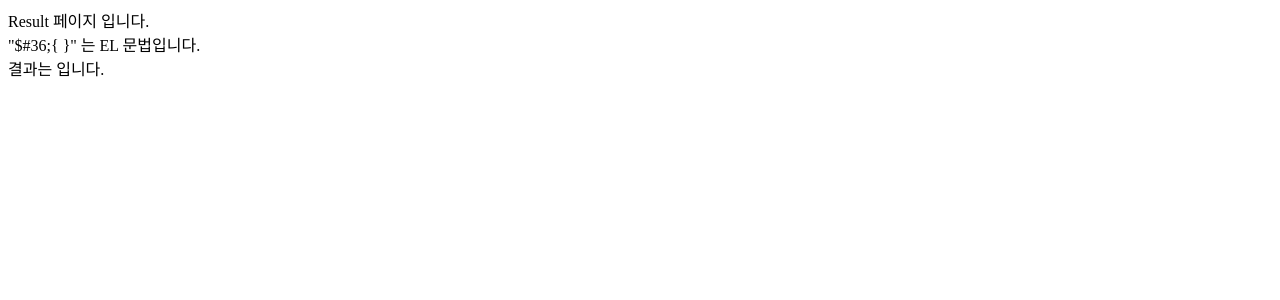
Repository: BaekJiGyeong/JSP
Page: http://localhost/AC_HelloServlet/list.jsp
These files come from the project's save history. The page is drawn as it stood at one moment and after the next save; the edit follows.
The browser window is 1280 px wide. The pictures show the whole page.
The page is served by Tomcat 9. Other server files are loaded and not shown.

Above is the page before, as saved 2016-02-03 05:10:30.

### AC_HelloServlet/WebContent/list.jsp
<%@ page language="java" contentType="text/html; charset=UTF-8"
    pageEncoding="UTF-8"%>
<!DOCTYPE html >
<html>
<head>
<meta http-equiv="Content-Type" content="text/html; charset=UTF-8">
<title>Insert title here</title>
</head>
<body>

	Result 페이지 입니다.<br/>
	"$#36;{ }" 는 EL 문법입니다.<br/>
	결과는 ${ additionResult } 입니다. <!-- servlet이 보내준 페이지를 출력할 떄 -->

</body>
</html>

After the next save:
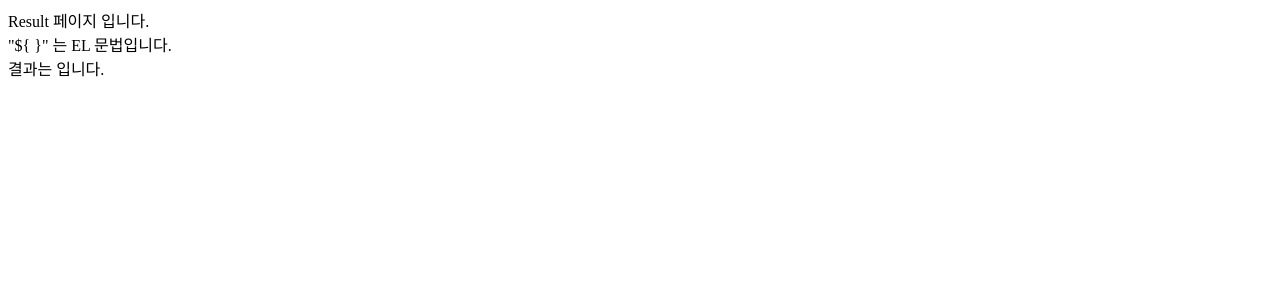
Saved 49 s later.
--- a/AC_HelloServlet/WebContent/list.jsp
+++ b/AC_HelloServlet/WebContent/list.jsp
@@ -9,7 +9,7 @@
 <body>
 
 	Result 페이지 입니다.<br/>
-	"$#36;{ }" 는 EL 문법입니다.<br/>
+	"&#36;{ }" 는 EL 문법입니다.<br/>
 	결과는 ${ additionResult } 입니다. <!-- servlet이 보내준 페이지를 출력할 떄 -->
 
 </body>
